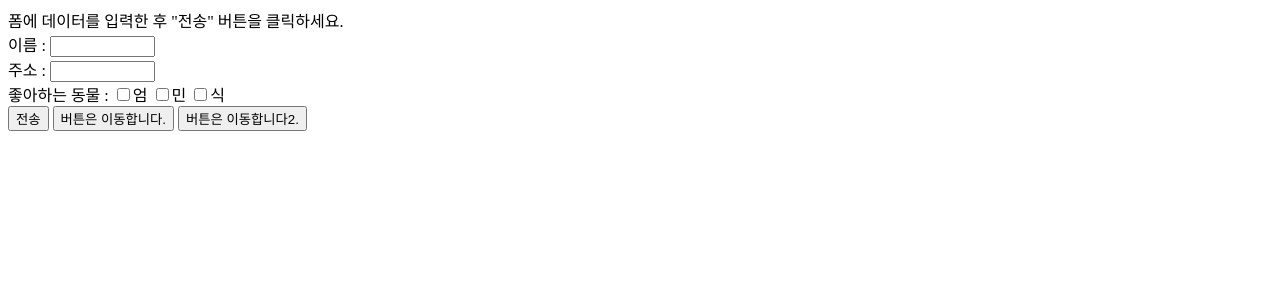
Repository: eParkjongtaek/lovedisket
Page: http://localhost/KH18_1/0905/12makeTestForm.jsp
The author's editor kept a copy of each file at every save. The page is drawn from the files as they stood at one save, then again after the next save.
The browser window is 1280 px wide. The pictures show the whole page.
The page is served by Tomcat 9. Other server files are loaded and not shown.

Above is the page before, as saved 2017-09-05 06:07:50.

### source/KH18_1/WebContent/0905/12makeTestForm.jsp
<%@ page contentType="text/html; charset=euc-kr" %>
<html>
	<head>
		<title>폼 생성</title>
		<style>
			#test1 { border-top:1px solid #9C9C9C; border-bottom:1px solid #F6F6F6; }
		</style>
		<script src="https://ajax.googleapis.com/ajax/libs/jquery/1.12.4/jquery.min.js"></script>
		<script type="text/javascript">
			$(function () {
				$("#move").click(function () {

					$("#form1").submit();

				});
			});

			function move_submit()
			{
				$("#form1").submit();
			}

		</script>
	</head>
	<body>
		폼에 데이터를 입력한 후 "전송" 버튼을 클릭하세요.
		<form id="form1" action="./13viewParameter.jsp" method="post">
			<id="test1">이름</div> : <input type="text" name="name" size="10"><br/>
			주소 : <input type="text" name="address" size="10"><br/>
			좋아하는 동물 :
				<input type="checkbox" name="pet" value="엄자바">엄
				<input type="checkbox" name="pet" value="민자바">민
				<input type="checkbox" name="pet" value="식자바">식
			<br/>
			<input type="submit" value="전송">
			<input id="move" type="button" value="버튼은 이동합니다." >
			<input type="button" value="버튼은 이동합니다2." onclick="javascript:move_submit();">

		</form>
	</body>
</html>

After the next save:
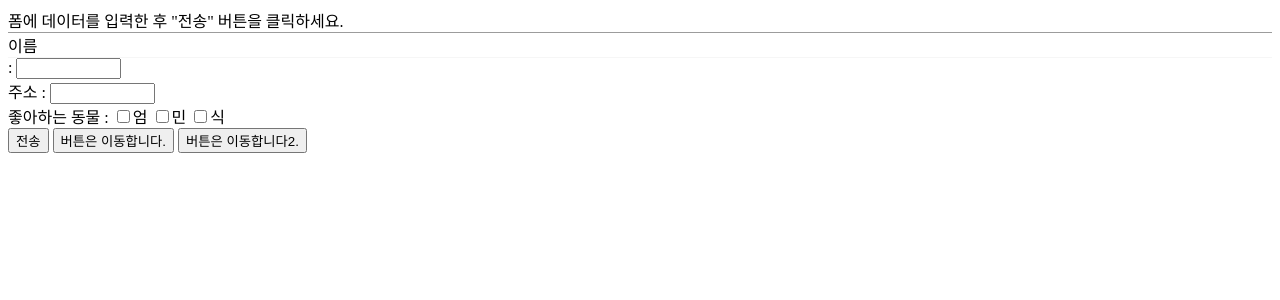
Saved 23 s later.
--- a/source/KH18_1/WebContent/0905/12makeTestForm.jsp
+++ b/source/KH18_1/WebContent/0905/12makeTestForm.jsp
@@ -25,7 +25,7 @@
 	<body>
 		폼에 데이터를 입력한 후 "전송" 버튼을 클릭하세요.
 		<form id="form1" action="./13viewParameter.jsp" method="post">
-			<id="test1">이름</div> : <input type="text" name="name" size="10"><br/>
+			<div id="test1">이름</div> : <input type="text" name="name" size="10"><br/>
 			주소 : <input type="text" name="address" size="10"><br/>
 			좋아하는 동물 :
 				<input type="checkbox" name="pet" value="엄자바">엄

After the 2 saves that followed:
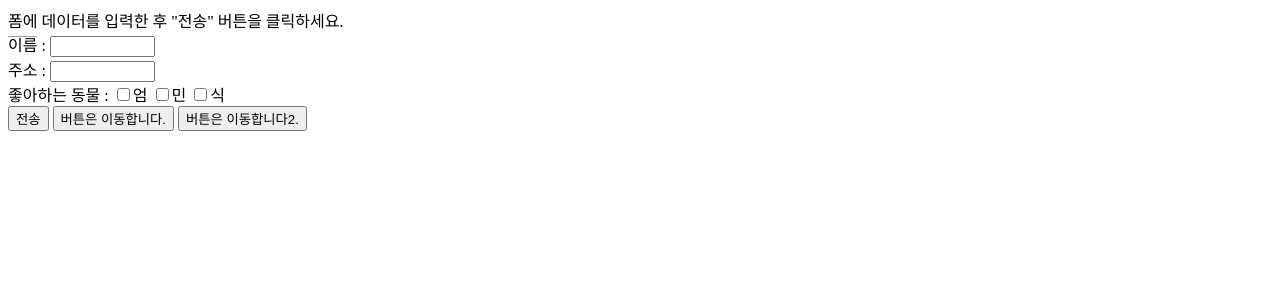
The 2 saves are shown as one change because they came seconds apart.
The last was saved 25 s later.
--- a/source/KH18_1/WebContent/0905/12makeTestForm.jsp
+++ b/source/KH18_1/WebContent/0905/12makeTestForm.jsp
@@ -25,7 +25,7 @@
 	<body>
 		폼에 데이터를 입력한 후 "전송" 버튼을 클릭하세요.
 		<form id="form1" action="./13viewParameter.jsp" method="post">
-			<div id="test1">이름</div> : <input type="text" name="name" size="10"><br/>
+			<span id="test1">이름</span> : <input type="text" name="name" size="10"><br/>
 			주소 : <input type="text" name="address" size="10"><br/>
 			좋아하는 동물 :
 				<input type="checkbox" name="pet" value="엄자바">엄
